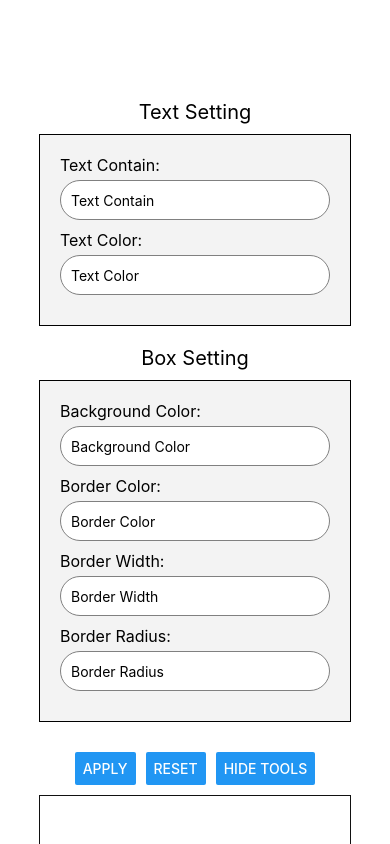
Repository: amirjavadikia/mobile-projectg
Screen: /
An editor plug-in stored every save of this project. The screen is shown before and after a run of saves, followed by the edit.
An inner scrolling area shows only its first screen. The app was drawn by React Native's web renderer in a window 390 px wide. The project was rebuilt for these pictures with package versions that can differ from the ones it lists, and the page was loaded fresh each time.

Above is the screen before, as saved 2024-05-14 22:10:51.

### App.tsx
//
// => BOXES PROJECT
//

// import React from 'react';
// import { View, Text, StyleSheet } from 'react-native';
// import { FontAwesomeIcon } from '@fortawesome/react-native-fontawesome';
// import { faGear } from '@fortawesome/free-solid-svg-icons/faGear';
// import { faLocationDot } from '@fortawesome/free-solid-svg-icons/faLocationDot';
// import { faAddressBook } from '@fortawesome/free-solid-svg-icons/faAddressBook';


// const MainPage = () => {
//   return (
//     <View style={styles.container}>

//       <View style={[styles.blueBackground]}>
//         <Text style={styles.text}>Welcome to my app!</Text>
//       </View>


//       <View style={[styles.box, styles.purpleBackground]}>
//       <FontAwesomeIcon icon={faLocationDot} />
//         <Text style={styles.text}>Location</Text>
//       </View>


//       <View style={[styles.box, styles.yellowBackground]}>
//       <FontAwesomeIcon icon={faGear} />
//         <Text style={styles.text}>Settings</Text>
//       </View>


//       <View style={[styles.box, styles.redBackground]}>
//       <FontAwesomeIcon icon={faAddressBook} />
//         <Text style={styles.text}>Contacts</Text>
//       </View>

//     </View>
//   );
// };

// const styles = StyleSheet.create({
//   container: {
//     justifyContent: 'center',
//     alignItems: 'center',
//     margin: 10
//   },
//   box: {
//     width: '100%',
//     height: 100,
//     borderRadius: 10,
//     marginBottom: 15,
//     justifyContent: 'center',
//     textAlign: 'center',
//     alignItems: 'center',
//   },
//   blueBackground: {
//     backgroundColor: '#01008A',
//     borderRadius: 30,
//     width: '100%',
//     height: '10%',
//     justifyContent: 'center',
//     alignItems: 'center',
//     marginBottom: 20
//   },
//   purpleBackground: {
//     backgroundColor: '#810081',
//   },
//   yellowBackground: {
//     backgroundColor: '#fea501',
//   },
//   redBackground: {
//     backgroundColor: '#fe0002',
//   },
//   text: {
//     color: 'white',
//     fontSize: 20,
//     marginLeft: 10,
//   },
// });

// export default MainPage;





//
// => MIDTERM PROJECT
//


import React, { useState } from 'react';
import { View, Text, TextInput, StyleSheet, Button, ScrollView, TouchableOpacity } from 'react-native';

const App = () => {
  const [text, setText] = useState('');
  const [showTools, setShowTools] = useState(true);
  const [newText, setNewText] = useState('');
  const [newTextColor, setNewTextColor] = useState('');
  const [newBackgroundColor, setNewBackgroundColor] = useState('');
  const [newBorderColor, setNewBorderColor] = useState('');
  const [newBorderWidth, setNewBorderWidth] = useState('');
  const [newBorderRadius, setNewBorderRadius] = useState('');
  const [applyChanges, setApplyChanges] = useState(false);

  const handleTextChange = (inputText) => {
    setNewText(inputText);
    setApplyChanges(false);
  };

  const handleTextColorChange = (inputText) => {
    setNewTextColor(inputText);
    setApplyChanges(false);
  };

  const handleBackgroundChange = (inputText) => {
    setNewBackgroundColor(inputText);
    setApplyChanges(false);
  };

  const handleBorderColorChange = (inputText) => {
    setNewBorderColor(inputText);
    setApplyChanges(false);
  };

  const handleBorderWidthChange = (inputText) => {
    setNewBorderWidth(inputText);
    setApplyChanges(false);
  };

  const handleBorderRadiusChange = (inputText) => {
    setNewBorderRadius(inputText);
    setApplyChanges(false);
  };

  const handleApplyChanges = () => {
    setText(newText);
    setApplyChanges(true);
  };

  const handleResetChanges = () => {
    setApplyChanges(false);
    setText('');
    setNewText('');
    setNewTextColor('');
    setNewBackgroundColor('');
    setNewBorderColor('');
    setNewBorderWidth('');
    setNewBorderRadius('');
  };

  const handleToggleTools = () => {
    setShowTools(!showTools);
  };

  return (
    <ScrollView contentContainerStyle={styles.scrollViewContent}>
      <View style={styles.container}>
        {showTools && (
          <>
            <Text style={styles.title}>Text Setting</Text>
            <View style={styles.section}>
              <Text style={styles.label}>Text Contain:</Text>
              <TextInput
                style={styles.input}
                onChangeText={handleTextChange}
                value={newText}
                placeholder="Text Contain"
              />
              <Text style={styles.label}>Text Color:</Text>
              <TextInput
                style={styles.input}
                onChangeText={handleTextColorChange}
                value={newTextColor}
                placeholder="Text Color"
              />
            </View>

            <Text style={styles.title}>Box Setting</Text>
            <View style={styles.section}>
              <Text style={styles.label}>Background Color:</Text>
              <TextInput
                style={styles.input}
                onChangeText={handleBackgroundChange}
                value={newBackgroundColor}
                placeholder="Background Color"
              />
              <Text style={styles.label}>Border Color:</Text>
              <TextInput
                style={styles.input}
                onChangeText={handleBorderColorChange}
                value={newBorderColor}
                placeholder="Border Color"
              />
              <Text style={styles.label}>Border Width:</Text>
              <TextInput
                style={styles.input}
                onChangeText={handleBorderWidthChange}
                value={newBorderWidth}
                placeholder="Border Width"
              />
              <Text style={styles.label}>Border Radius:</Text>
              <TextInput
                style={styles.input}
                onChangeText={handleBorderRadiusChange}
                value={newBorderRadius}
                placeholder="Border Radius"
              />
            </View>


          </>
        )}
        <View style={styles.buttonGroup}>
              { showTools && (
                <>
                <View style={styles.applyButton}>
                  <Button title="Apply" onPress={handleApplyChanges} />
                </View>

                <View style={styles.resetButton}>
                <Button title="Reset" onPress={handleResetChanges} />
                </View>
                </>
              )}
              <View style={styles.showButton}>
              <Button title={showTools ? "Hide Tools" : "Show Tools"} onPress={handleToggleTools} />
              </View>
              <TouchableOpacity
               title={showTools ? "Hide Tools" : "Show Tools"}

               onPress={handleToggleTools}
               style={styles.buttonStyle}
            >
              <Text></Text>
            </TouchableOpacity>
            </View>
        <View style={[styles.box, { backgroundColor: applyChanges ? newBackgroundColor : '#fff', borderRadius: applyChanges ? parseInt(newBorderRadius) || 0 : 0, borderWidth: applyChanges ? parseInt(newBorderWidth) || 1 : 1, borderColor: applyChanges ? newBorderColor : "#111" }]}>
          <Text style={[styles.boxText, {color: applyChanges ? newTextColor : ''}]}>{text}</Text>
        </View>
      </View>
    </ScrollView>
  );
};

const styles = StyleSheet.create({
  scrollViewContent: {
    flexGrow: 1,
  },
  container: {
    flex: 1,
    alignItems: 'center',
    justifyContent: 'center',
    marginTop: 100,
    backgroundColor: '#fff',
  },
  section: {
    width: '80%',
    marginBottom: 20,
    backgroundColor: "#f3f3f3",
    borderWidth: 1,
    padding: 20
  },
  title: {
    fontSize: 20,
    marginBottom: 10,
  },
  label: {
    fontSize: 16,
    marginBottom: 5,
  },
  input: {
    width: '100%',
    height: 40,
    borderWidth: 1,
    borderColor: 'gray',
    marginBottom: 10,
    paddingHorizontal: 10,
    textAlign: 'left',
    borderRadius: 30,
    backgroundColor: "#fff"
  },
  box: {
    width: '80%',
    height: 100,
    backgroundColor: '#fff',
    justifyContent: 'center',
    alignItems: 'center',
  },
  boxText: {

  },
  buttonGroup: {
    display: 'flex',
    flexDirection: 'row',
    justifyContent: 'space-around',
    marginVertical: 10,
  },
  applyButton: {
    marginRight: 10,
    borderRadius: 20
  },
  resetButton: {
    marginRight: 10
  },
  showButton: {
    borderRadius: 20
  }
});

export default App;

After the next 3 saves:
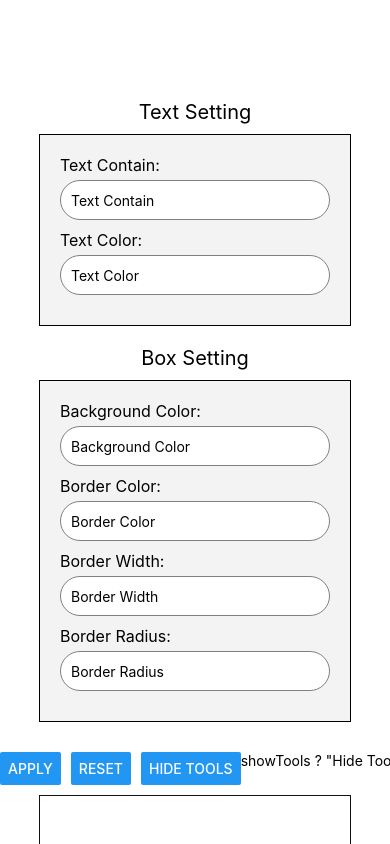
The 3 saves are shown as one change because 1 did not build or start and some came seconds apart.
The last was saved 14 s later.
--- a/App.tsx
+++ b/App.tsx
@@ -229,12 +229,10 @@ const App = () => {
               <Button title={showTools ? "Hide Tools" : "Show Tools"} onPress={handleToggleTools} />
               </View>
               <TouchableOpacity
-               title={showTools ? "Hide Tools" : "Show Tools"}
-
                onPress={handleToggleTools}
                style={styles.buttonStyle}
             >
-              <Text></Text>
+              <Text>showTools ? "Hide Tools" : "Show Tools"</Text>
             </TouchableOpacity>
             </View>
         <View style={[styles.box, { backgroundColor: applyChanges ? newBackgroundColor : '#fff', borderRadius: applyChanges ? parseInt(newBorderRadius) || 0 : 0, borderWidth: applyChanges ? parseInt(newBorderWidth) || 1 : 1, borderColor: applyChanges ? newBorderColor : "#111" }]}>
